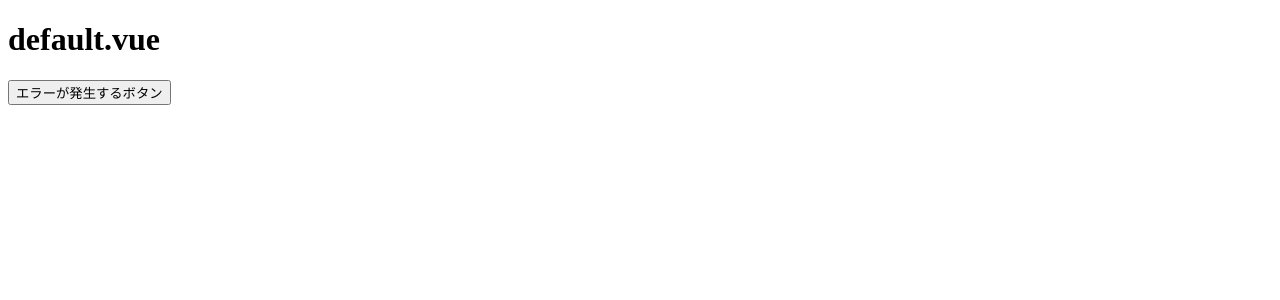
Repository: azuma2/nuxt-layout-practice
Page: /
The author's editor kept a copy of each file at every save. The page is drawn from the files as they stood at one save, then again after the next save.
The browser window is 1280 px wide. The pictures show the whole page.
The project was rebuilt for these pictures with package versions that can differ from the ones it lists, and the page was loaded fresh each time. The framework's server and built-in components were replaced by stand-ins that run in the browser. Also part of the build but not shown: nuxt.config.js, components/NuxtLogo.vue, components/Tutorial.vue, layouts/pattern01.vue, layouts/pattern02.vue.

Above is the page before, as saved 2022-03-24 01:10:36.

### layouts/default.vue
<template>
  <div>
    <h1>default.vue</h1>
    <Nuxt />
  </div>
</template>

### pages/index.vue
<template>
  <div class="container">
    <button @click="goErrorPage">エラーが発生するボタン</button>
  </div>
</template>

<script>
export default {
  methods: {
    goErrorPage() {
      this.$nuxt.error({
        statusCode: 404,
      });
    },
  },
};
</script>

After the next save:
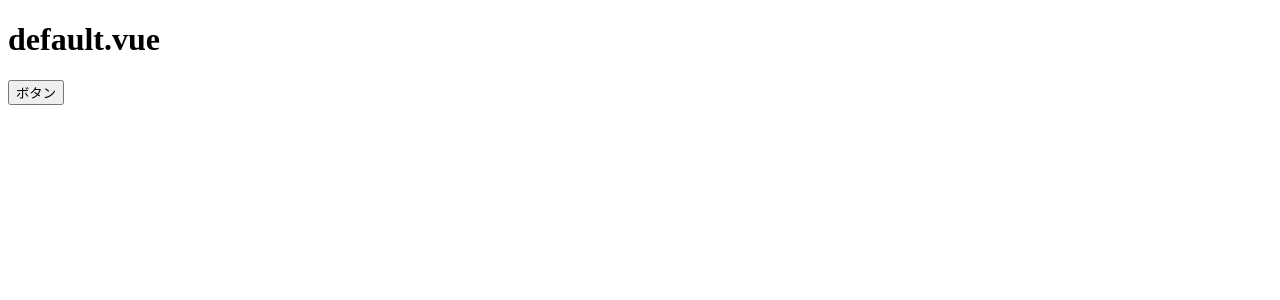
Saved 17 s later.
--- a/pages/index.vue
+++ b/pages/index.vue
@@ -1,6 +1,6 @@
 <template>
   <div class="container">
-    <button @click="goErrorPage">エラーが発生するボタン</button>
+    <button @click="goErrorPage">ボタン</button>
   </div>
 </template>
 
@@ -10,6 +10,8 @@ export default {
     goErrorPage() {
       this.$nuxt.error({
         statusCode: 404,
+        message: "メッセージ",
+        path: this.$route.fullPath,
       });
     },
   },
